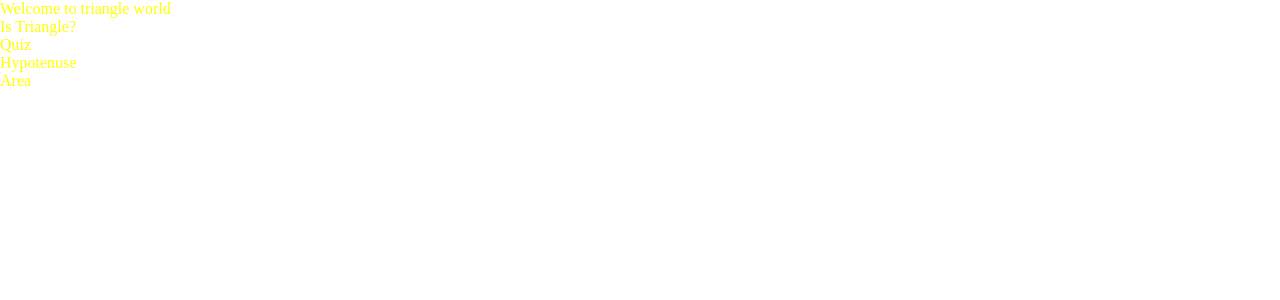
Repository: patelamancode/Fun-with-trianles
Page: index.html
The author's editor kept a copy of each file at every save. The page is drawn from the files as they stood at one save, then again after the next save.
The browser window is 1280 px wide. The pictures show the whole page.

Above is the page before, as saved 2022-11-28 15:25:26.

### index.html
<!DOCTYPE html>
<html lang="en">
<head>
    <meta charset="UTF-8">
    <meta http-equiv="X-UA-Compatible" content="IE=edge">
    <meta name="viewport" content="width=device-width, initial-scale=1.0">
    <link rel="stylesheet" href="index.css">
    <title>Fun-With-Triangles</title>
</head>
<body>
    <nav id="navbar">
        <p>Welcome to triangle world</p>
        <div>
            <p>Is Triangle?</p>
            <p>Quiz</p>
            <p>Hypotenuse</p>
            <p>Area</p>
        </div>
    </nav>
    <div id="main-container">

    </div>
</body>
</html>

### index.css
*{
    margin: 0;
    padding: 0;
}

#navbar{
    color: yellow;
}



#main-container {
    color: red;
    display: flex;
    flex-direction: column;
    width: 40vw;
    margin: auto;
    margin-top: 2rem;
    padding: 10px;
    text-align: center;
  }

After the next save:
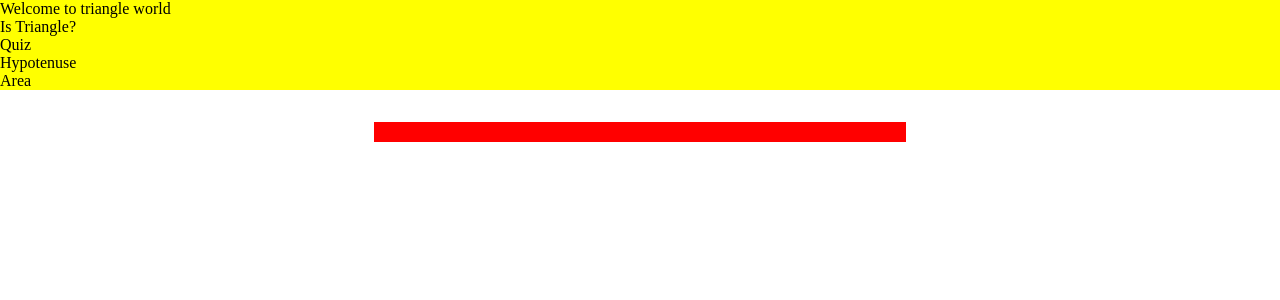
Saved 23 s later.
--- a/index.css
+++ b/index.css
@@ -4,13 +4,13 @@
 }
 
 #navbar{
-    color: yellow;
+    background-color: yellow;
 }
 
 
 
 #main-container {
-    color: red;
+    background-color: red;
     display: flex;
     flex-direction: column;
     width: 40vw;
